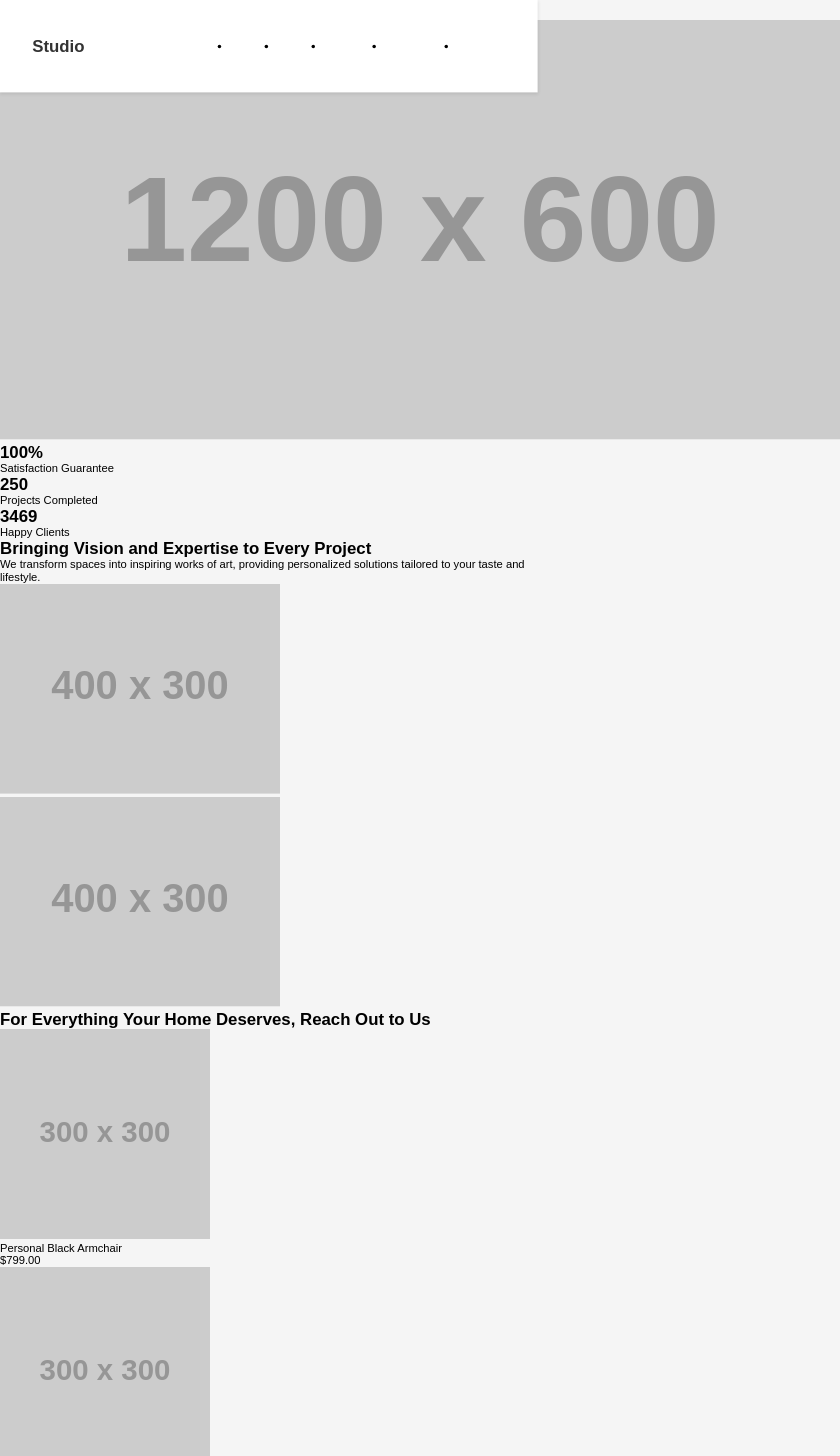
Repository: Patience225/home-decor-studio
Page: index.html
An editor plug-in stored every save of this project. The page is shown before and after a run of saves, followed by the edit.
The browser window is 768 px wide. The page is 1200 px wide, then 768 px, so the pictures cover 1200 px, including what lies to the right of the window. The pictures show the part of the page from y = 0 to 2080 px (the page is 4542 px tall before and 6723 px after), at 70% of full size.

Above is the page before, as saved 2025-01-29 07:06:46.

### index.html
<!DOCTYPE html>
<html lang="en">
<head>
  <meta charset="UTF-8">
  <meta name="viewport" content="width=device-width, initial-scale=1.0">
  <title>HomeArt Studio</title>
  <link href="https://cdnjs.cloudflare.com/ajax/libs/font-awesome/5.15.4/css/all.min.css" rel="stylesheet">
  <link rel="stylesheet" href="styles.css">
</head>
<body>
  <header>
    <nav class="navbar">
      <div class="logo"> Studio</div>
      <ul class="nav-links">
        <li><a href="#home">Home</a></li>
        <li><a href="#about">About</a></li>
        <li><a href="#services">Services</a></li>
        <li><a href="#collections">Collections</a></li>
        <li><a href="#contact">Contact</a></li>
      </ul>
      <div class="hamburger">
        <span></span>
        <span></span>
        <span></span>
      </div>
    </nav>
  </header>

  <section id="home" class="hero">
    <div class="hero-content">
      <h1>Designs That Breathe Life into Your Home</h1>
      <img src="https://via.placeholder.com/1200x600" alt="Living room design" class="hero-image">
      <div class="hero-stats">
        <div class="stat-item"><h2>100%</h2><p>Satisfaction Guarantee</p></div>
        <div class="stat-item"><h2>250</h2><p>Projects Completed</p></div>
        <div class="stat-item"><h2>3469</h2><p>Happy Clients</p></div>
      </div>
    </div>
  </section>

  <section id="about" class="introduction">
    <div class="intro-container">
      <div class="intro-text">
        <h2>Bringing Vision and Expertise to Every Project</h2>
        <p>We transform spaces into inspiring works of art, providing personalized solutions tailored to your taste and lifestyle.</p>
      </div>
      <div class="intro-images">
        <img src="https://via.placeholder.com/400x300" alt="Interior design 1">
        <img src="https://via.placeholder.com/400x300" alt="Interior design 2">
      </div>
    </div>
  </section>

  <section id="services" class="call-to-action">
    <div class="cta-container">
      <h2>For Everything Your Home Deserves, Reach Out to Us</h2>
      <div class="cta-images">
        <div class="image-card"><img src="https://via.placeholder.com/300x300" alt="Armchair"><p class="product-name">Personal Black Armchair</p><p class="product-price">$799.00</p></div>
        <div class="image-card"><img src="https://via.placeholder.com/300x300" alt="Cabinet"><p class="product-name">Rustic Oak Cabinet</p><p class="product-price">$1200.00</p></div>
        <div class="image-card"><img src="https://via.placeholder.com/300x300" alt="Pendant Light"><p class="product-name">Brass Pendant Light</p><p class="product-price">$720.00</p></div>
      </div>
    </div>
  </section>

  <section id="collections" class="projects">
    <h2>Our Projects</h2>
    <div class="project-cards">
      <div class="project-card"><img src="https://via.placeholder.com/300x200" alt="Landscape Project"><h3>Landscape</h3><p>Transforming outdoor spaces with elegant and functional designs.</p><a href="#" class="project-link">See Projects</a></div>
      <div class="project-card"><img src="https://via.placeholder.com/300x200" alt="Commercial Interiors"><h3>Commercial Interiors</h3><p>Innovative solutions for inspiring workspaces that foster productivity.</p><a href="#" class="project-link">See Projects</a></div>
      <div class="project-card"><img src="https://via.placeholder.com/300x200" alt="Architecture"><h3>Landscape Architecture</h3><p>Designing environments that blend seamlessly with nature.</p><a href="#" class="project-link">See Projects</a></div>
    </div>
  </section>

  <section id="contact" class="customer-review">
    <div class="review-container">
      <span class="quote-icon">❝</span>
      <p class="review-text">"Their creative approach and professionalism made the entire process seamless. I highly recommend them for any interior design project."</p>
      <div class="customer-info">
        <img src="https://via.placeholder.com/80x80" alt="Customer Picture" class="customer-img">
        <p class="customer-name">Albert Henderson</p>
      </div>
    </div>
  </section>

  <form id="contact-form">
    <input type="text" id="name" placeholder="Your Name" required>
    <input type="email" id="email" placeholder="Your Email" required>
    <textarea id="message" placeholder="Your Message" required></textarea>
    <button type="submit">Submit</button>
    <p id="form-feedback"></p>
  </form>

  <button id="back-to-top">↑</button>

  <footer class="footer">
    <div class="footer-container">
      <div class="footer-column">
        <h3>HomeArt Studio</h3>
        <p>Designs that breathe life into your home with creativity and expertise.</p>
      </div>
      <div class="footer-column">
        <h3>Quick Links</h3>
        <ul>
          <li><a href="#home">Home</a></li>
          <li><a href="#about">About</a></li>
          <li><a href="#collections">Collections</a></li>
          <li><a href="#contact">Contact</a></li>
        </ul>
      </div>
      <div class="footer-column">
        <h3>Contact Info</h3>
        <p>123 Interior Lane, Design City</p>
        <p>Phone: +123 456 7890</p>
        <p>Email: info@homeartstudio.com</p>
      </div>
      <div class="footer-column">
        <h3>Follow Us</h3>
        <div class="social-icons">
          <a href="#"><i class="fab fa-facebook-f"></i></a>
          <a href="#"><i class="fab fa-twitter"></i></a>
          <a href="#"><i class="fab fa-instagram"></i></a>
          <a href="#"><i class="fab fa-linkedin-in"></i></a>
        </div>
      </div>
    </div>
    <p>© 2025 HomeArt Studio. All rights reserved.</p>
  </footer>

  <script src="script.js"></script>
</body>
</html>

### styles.css
/* Global Styles */
* {
  margin: 0;
  padding: 0;
  box-sizing: border-box;
}

body {
  font-family: 'Arial', sans-serif;
  background-color: #f5f5f5;
}

/* Header */
header {
  width: 100%;
  background-color: white;
  padding: 15px 30px;
  box-shadow: 0 2px 5px rgba(0, 0, 0, 0.1);
  position: fixed;
  top: 0;
  z-index: 10;
}

.navbar {
  display: flex;
  justify-content: space-between;
  align-items: center;
  max-width: 1200px;
  margin: auto;
  padding: 1rem;
}

.logo {
  font-size: 1.5rem;
  font-weight: bold;
  color: #333;
}

/* Navigation Menu */
.nav-links {
  display: none;
  flex-direction: column;
  background-color: #333;
  position: absolute;
  top: 100%;
  right: 0;
  width: 100%;
  max-height: 90vh;
  overflow-y: auto;
  padding: 1rem;
  z-index: 10;
}

.nav-links.active {
  display: flex;
}

.nav-links li {
  margin: 10px 0;
  text-align: center;
}

.nav-links a {
  text-decoration: none;
  color: #fff;
  font-size: 1rem;
  transition: color 0.3s ease;
}

.nav-links a:hover {
  color: #0078ff;
}

/* Hamburger Menu */
.hamburger {
  cursor: pointer;
  display: block;
  flex-direction: column;
}

.hamburger span {
  height: 3px;
  width: 25px;
  background: #333;
  margin: 4px 0;
}

@media (min-width: 768px) {
  .nav-links {
    display: flex;
    flex-direction: row;
    background: none;
    position: static;
    width: auto;
    max-height: none;
    overflow: visible;
  }

  .nav-links li {
    margin-left: 25px;
  }

  .hamburger {
    display: none;
  }
}

/* Other Styles Remai

.hero {
  width: 100%;
  background-color: #f9f9f9;
  padding: 80px 0;
  text-align: center;
}

.hero-content h1 {
  font-size: 3rem;
  font-family: 'Georgia', serif;
  color: #333;
  margin-bottom: 20px;
}

.hero-image {
  width: 100%;
  max-width: 1200px;
  height: auto;
  border-radius: 8px;
  margin: 30px 0;
}

.hero-stats {
  display: flex;
  justify-content: space-evenly;
  max-width: 1000px;
  margin: auto;
  padding: 20px 0;
}

.stat-item {
  text-align: center;
}

.stat-item h2 {
  font-size: 2.5rem;
  font-weight: bold;
  color: #0078ff;
}

.stat-item p {
  font-size: 1rem;
  color: #555;
}

@media (max-width: 768px) {
  .hero-content h1 {
    font-size: 2rem;
  }

  .hero-stats {
    flex-direction: column;
    gap: 20px;
  }
}

.introduction {
  background-color: #ffffff;
  padding: 80px 0;
  text-align: left;
}

.intro-container {
  display: flex;
  justify-content: space-between;
  align-items: center;
  max-width: 1200px;
  margin: auto;
}

.intro-text {
  width: 50%;
  padding-right: 20px;
}

.intro-text h2 {
  font-size: 2.5rem;
  font-family: 'Georgia', serif;
  color: #333;
  margin-bottom: 15px;
}

.intro-text p {
  font-size: 1rem;
  line-height: 1.6;
  color: #555;
}

.intro-images {
  display: flex;
  flex-direction: column;
  gap: 20px;
  width: 40%;
}

.intro-images img {
  width: 100%;
  border-radius: 8px;
  object-fit: cover;
}

@media (max-width: 768px) {
  .intro-container {
    flex-direction: column;
    text-align: center;
  }

  .intro-text,
  .intro-images {
    width: 100%;
  }

  .intro-text {
    padding-right: 0;
  }
}

.call-to-action {
  background-color: #222;
  padding: 80px 0;
  text-align: center;
  color: #fff;
}

.cta-container h2 {
  font-size: 2.5rem;
  font-family: 'Georgia', serif;
  color: #ffffff;
  margin-bottom: 40px;
}

.cta-images {
  display: flex;
  justify-content: center;
  gap: 40px;
}

.image-card {
  text-align: center;
  max-width: 300px;
}

.image-card img {
  width: 100%;
  border-radius: 8px;
  object-fit: cover;
}

.product-name {
  font-size: 1.2rem;
  color: #f9f9f9;
  margin-top: 10px;
}

.product-price {
  font-size: 1rem;
  color: #cccccc;
}

@media (max-width: 768px) {
  .cta-images {
    flex-direction: column;
    gap: 20px;
  }
}

.projects {
  background-color: #f9f9f9;
  padding: 80px 0;
  text-align: center;
}

.projects h2 {
  font-size: 2.5rem;
  font-family: 'Georgia', serif;
  color: #333;
  margin-bottom: 40px;
}

.project-cards {
  display: flex;
  justify-content: center;
  gap: 40px;
  max-width: 1200px;
  margin: auto;
}

.project-card {
  background-color: #ffffff;
  border-radius: 8px;
  text-align: center;
  max-width: 300px;
  padding: 20px;
  box-shadow: 0 4px 8px rgba(0, 0, 0, 0.1);
}

.project-card img {
  width: 100%;
  border-radius: 8px;
  transition: transform 0.3s ease;
}

.project-card img:hover {
  transform: scale(1.05);
}

.project-card h3 {
  font-size: 1.5rem;
  color: #333;
  margin: 15px 0;
}

.project-card p {
  font-size: 1rem;
  color: #555;
  margin-bottom: 20px;
}

.project-link {
  font-size: 1rem;
  color: #0078ff;
  text-decoration: none;
}

.project-link:hover {
  text-decoration: underline;
}

@media (max-width: 768px) {
  .project-cards {
    flex-direction: column;
    gap: 20px;
  }
}

.customer-review {
  background-color: #f6f6f6;
  padding: 80px 0;
  text-align: center;
}

.review-container {
  background-color: #ffffff;
  max-width: 600px;
  margin: auto;
  padding: 40px;
  border-radius: 12px;
  box-shadow: 0 4px 8px rgba(0, 0, 0, 0.1);
  position: relative;
}

.quote-icon {
  font-size: 3rem;
  color: #d4af37;
  position: absolute;
  top: -25px;
  left: 10%;
}

.review-text {
  font-family: 'Georgia', serif;
  font-size: 1.5rem;
  font-style: italic;
  color: #333;
  margin-bottom: 30px;
}

.customer-info {
  display: flex;
  justify-content: center;
  align-items: center;
  gap: 15px;
  margin-top: 20px;
}

.customer-img {
  width: 80px;
  height: 80px;
  border-radius: 50%;
  object-fit: cover;
}

.customer-name {
  font-size: 1.2rem;
  font-weight: bold;
  color: #555;
}

@media (max-width: 768px) {
  .review-container {
    padding: 30px;
  }

  .review-text {
    font-size: 1.2rem;
  }

  .quote-icon {
    font-size: 2.5rem;
  }
}

#back-to-top {
  position: fixed;
  bottom: 30px;
  right: 30px;
  background-color: #d4af37;
  color: white;
  border: none;
  padding: 10px 15px;
  cursor: pointer;
  display: none;
  border-radius: 50%;
}

#back-to-top:hover {
  background-color: #333;
}

/* Contact Form Styling */
#contact-form {
  width: 100%;
  max-width: 500px;
  margin: 50px auto;
  background-color: #f9f9f9;
  padding: 20px 30px;
  border-radius: 12px;
  box-shadow: 0px 4px 10px rgba(0, 0, 0, 0.1);
  animation: fadeIn 1s ease-in-out;
}

#contact-form input,
#contact-form textarea {
  width: 100%;
  padding: 12px;
  margin-bottom: 15px;
  border: 1px solid #ddd;
  border-radius: 8px;
  font-size: 14px;
  background-color: #ffffff;
  transition: border-color 0.3s ease-in-out;
}

#contact-form input:focus,
#contact-form textarea:focus {
  border-color: #d4af37;
  outline: none;
}

#contact-form button {
  width: 100%;
  padding: 12px;
  background-color: #d4af37;
  color: white;
  font-size: 16px;
  border: none;
  border-radius: 8px;
  cursor: pointer;
  transition: background-color 0.3s ease-in-out;
  position: relative;
  overflow: hidden;
}

#contact-form button:hover {
  background-color: #333;
}

#form-feedback {
  font-size: 14px;
  margin-top: 10px;
}

#form-feedback.success {
  color: green;
}

#form-feedback.error {
  color: red;
}

#contact-form button::after {
  content: '';
  position: absolute;
  top: 0;
  left: -100%;
  width: 300%;
  height: 100%;
  background: rgba(255, 255, 255, 0.2);
  transition: left 0.4s ease;
}

#contact-form button:hover::after {
  left: 100%;
}

/* Fade-in animation */
@keyframes fadeIn {
  from {
    opacity: 0;
    transform: translateY(20px);
  }
  to {
    opacity: 1;
    transform: translateY(0);
  }
}

/* Footer Styles */
.footer {
  background-color: #333;
  color: #f9f9f9;
  padding: 60px 0;
}

.footer-container {
  display: flex;
  justify-content: space-between;
  max-width: 1200px;
  margin: auto;
  flex-wrap: wrap;
  gap: 40px;
}

.footer-column {
  max-width: 250px;
}

.footer-column h3 {
  font-size: 1.5rem;
  text-transform: uppercase;
  color: #d4af37;
  margin-bottom: 20px;
}

.footer-column p {
  font-size: 1rem;
  line-height: 1.5;
}

.footer-column ul {
  list-style: none;
  padding: 0;
}

.footer-column ul li {
  margin-bottom: 10px;
}

.footer-column ul li a {
  color: #f9f9f9;
  text-decoration: none;
  transition: color 0.3s ease;
}

.footer-column ul li a:hover {
  color: #d4af37;
}

.social-icons {
  display: flex;
  gap: 15px;
}

.social-icons a {
  display: inline-block;
  color: #f9f9f9;
  background-color: #444;
  width: 40px;
  height: 40px;
  line-height: 40px;
  text-align: center;
  border-radius: 50%;
  font-size: 1.2rem;
  transition: all 0.3s ease;
}

.social-icons a:hover {
  background-color: #d4af37;
  color: #fff;
  animation: bounce 0.5s;
}

/* Social Media Icon Bounce Animation */
@keyframes bounce {
  0%, 100% {
    transform: translateY(0);
  }
  50% {
    transform: translateY(-5px);
  }
}

@media (max-width: 768px) {
  .footer-container {
    flex-direction: column;
    text-align: center;
  }

  .footer-column {
    max-width: 100%;
  }
}

### script.js
const hamburger = document.querySelector('.hamburger');
const navLinks = document.querySelector('.nav-links');
const galleryImages = document.querySelectorAll('.gallery-item');
const backToTopButton = document.getElementById('back-to-top');
const footerIcons = document.querySelectorAll('.social-icons a');
const contactForm = document.getElementById('contact-form');
const feedback = document.getElementById('form-feedback');
const emailRegex = /^[^\s@]+@[^\s@]+\.[^\s@]+$/;

// Toggle navigation menu
hamburger.addEventListener('click', () => {
  navLinks.classList.toggle('active');
});

// Smooth scroll for navigation links
// Combined both instances of the same function
const smoothScrollLinks = document.querySelectorAll('a[href^="#"]');
smoothScrollLinks.forEach(anchor => {
  anchor.addEventListener('click', function (e) {
    e.preventDefault();
    document.querySelector(this.getAttribute('href')).scrollIntoView({
      behavior: 'smooth'
    });
  });
});

// Contact form validation & feedback animation
contactForm.addEventListener('submit', function (e) {
  e.preventDefault();

  const name = document.getElementById('name').value.trim();
  const email = document.getElementById('email').value.trim();
  const message = document.getElementById('message').value.trim();

  if (!name || !email || !message) {
    feedback.textContent = "Please fill in all fields.";
    feedback.style.color = "red";
  } else if (!emailRegex.test(email)) {
    feedback.textContent = "Please enter a valid email address.";
    feedback.style.color = "red";
  } else {
    feedback.textContent = "Thank you! Your message has been sent successfully.";
    feedback.style.color = "green";
    contactForm.reset();
  }

  // Add fade-in effect for feedback
  feedback.style.opacity = 0;
  setTimeout(() => {
    feedback.style.transition = 'opacity 1s ease-in-out';
    feedback.style.opacity = 1;
  }, 100);
});

// Hover effect for gallery images & footer social icons
const addHoverEffect = (elements) => {
  elements.forEach(el => {
    el.addEventListener('mouseenter', () => {
      el.style.transform = 'scale(1.1)';
      el.style.transition = 'transform 0.3s ease';
    });
    el.addEventListener('mouseleave', () => {
      el.style.transform = 'scale(1)';
    });
  });
};

addHoverEffect(galleryImages);
addHoverEffect(footerIcons);

// Back to top button functionality
window.addEventListener('scroll', () => {
  backToTopButton.style.display = window.scrollY > 300 ? 'block' : 'none';
});

backToTopButton.addEventListener('click', () => {
  window.scrollTo({ top: 0, behavior: 'smooth' });
});

After the next 2 saves:
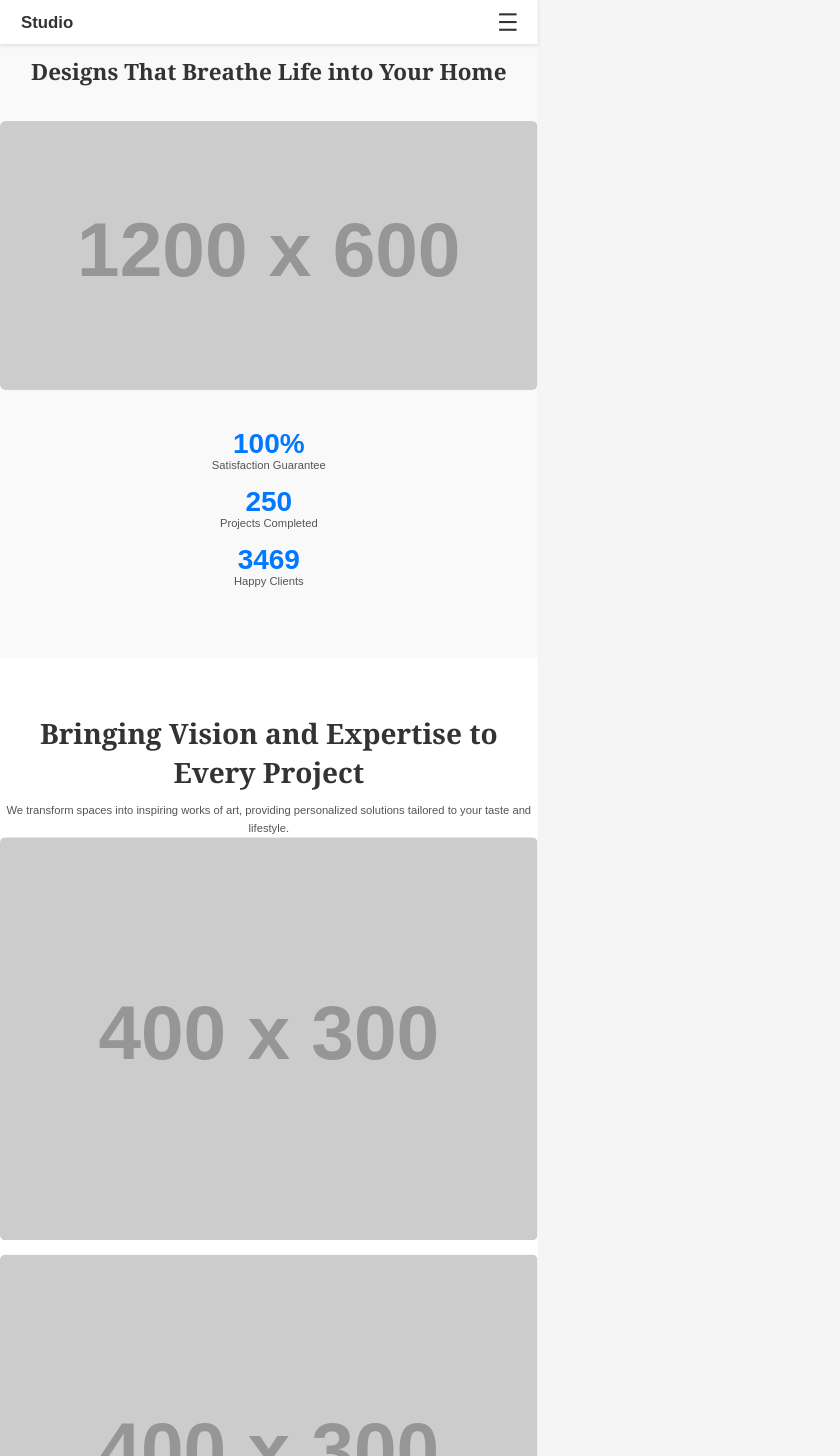
The 2 saves are shown as one change because they came seconds apart.
The last was saved 8 s later.
--- a/styles.css
+++ b/styles.css
@@ -1,4 +1,3 @@
-/* Global Styles */
 * {
   margin: 0;
   padding: 0;
@@ -10,7 +9,6 @@ body {
   background-color: #f5f5f5;
 }
 
-/* Header */
 header {
   width: 100%;
   background-color: white;
@@ -27,7 +25,6 @@ header {
   align-items: center;
   max-width: 1200px;
   margin: auto;
-  padding: 1rem;
 }
 
 .logo {
@@ -36,46 +33,30 @@ header {
   color: #333;
 }
 
-/* Navigation Menu */
 .nav-links {
+  display: flex;
+  list-style: none;
+}
+
+.nav-links li {
+  margin-left: 25px;
+}
+
+.nav-links a {
+  text-decoration: none;
+  color: #333;
+  font-size: 1rem;
+  transition: color 0.3s ease;
+}
+
+.nav-links a:hover {
+  color: #0078ff;
+}
+
+.hamburger {
   display: none;
   flex-direction: column;
-  background-color: #333;
-  position: absolute;
-  top: 100%;
-  right: 0;
-  width: 100%;
-  max-height: 90vh;
-  overflow-y: auto;
-  padding: 1rem;
-  z-index: 10;
-}
-
-.nav-links.active {
-  display: flex;
-}
-
-.nav-links li {
-  margin: 10px 0;
-  text-align: center;
-}
-
-.nav-links a {
-  text-decoration: none;
-  color: #fff;
-  font-size: 1rem;
-  transition: color 0.3s ease;
-}
-
-.nav-links a:hover {
-  color: #0078ff;
-}
-
-/* Hamburger Menu */
-.hamburger {
   cursor: pointer;
-  display: block;
-  flex-direction: column;
 }
 
 .hamburger span {
@@ -85,27 +66,26 @@ header {
   margin: 4px 0;
 }
 
-@media (min-width: 768px) {
+@media (max-width: 768px) {
   .nav-links {
+    display: none;
+    flex-direction: column;
+    position: absolute;
+    top: 60px;
+    right: 0;
+    background-color: white;
+    width: 100%;
+    text-align: right;
+  }
+
+  .nav-links.active {
     display: flex;
-    flex-direction: row;
-    background: none;
-    position: static;
-    width: auto;
-    max-height: none;
-    overflow: visible;
-  }
-
-  .nav-links li {
-    margin-left: 25px;
   }
 
   .hamburger {
-    display: none;
-  }
-}
-
-/* Other Styles Remai
+    display: flex;
+  }
+}
 
 .hero {
   width: 100%;
